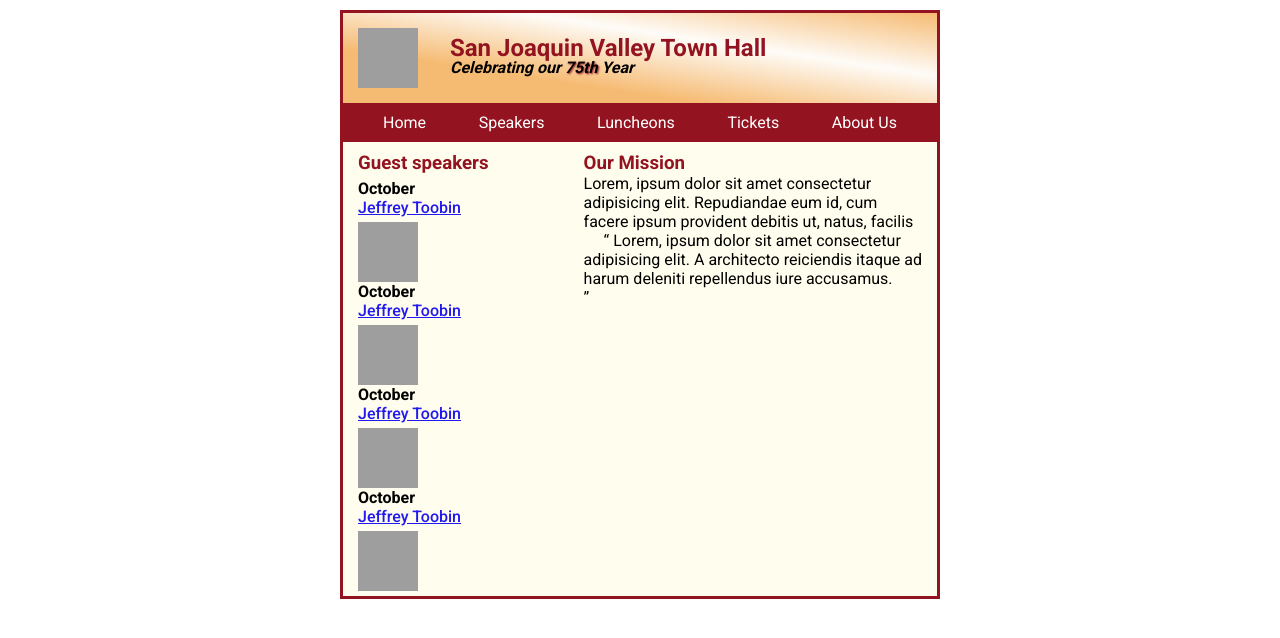
Repository: Mannj-nef/ex-5-6-7-8_IvVettech
Page: index.html
The author's editor kept a copy of each file at every save. The page is drawn from the files as they stood at one save, then again after the next save.
The browser window is 1280 px wide. The pictures show the whole page.
Pictures or frames that could not be fetched are drawn as grey boxes.

Above is the page before, as saved 2022-03-24 21:59:12.

### index.html
<!DOCTYPE html>
<html lang="en">
  <head>
    <meta charset="UTF-8" />
    <meta http-equiv="X-UA-Compatible" content="IE=edge" />
    <meta name="viewport" content="width=device-width, initial-scale=1.0" />
    <link rel="stylesheet" href="./Asset/style.css" />
    <link rel="preconnect" href="https://fonts.googleapis.com" />
    <link rel="preconnect" href="https://fonts.gstatic.com" crossorigin />
    <link
      href="https://fonts.googleapis.com/css2?family=Roboto:wght@300;400;500;700&display=swap"
      rel="stylesheet"
    />
    <title>Exercise5-6</title>
    <link
      rel="shortcut icon"
      href="https://iviettech.vn/wp-content/themes/viettech/img/front/favicon.ico"
      type="image/x-icon"
    />
  </head>
  <body>
    <div id="app">
      <header id="header">
        <div class="header-top">
          <div class="header-image__wrapper">
            <img
              src="https://source.unsplash.com/random"
              alt=""
              class="header-image"
            />
          </div>
          <div class="header-main">
            <h2 class="header-main__title">San Joaquin Valley Town Hall</h2>
            <p class="header-main__decs">
              Celebrating our
              <span class="header-main__decs-b"
                >75 <span class="header-main__decs-c">th</span>
              </span>
              Year
            </p>
          </div>
        </div>
        <div class="header-nav">
          <ul class="header-nav__list">
            <li class="header-nav__item">
              <a href="" class="header-nav__link">Home</a>
            </li>
            <li class="header-nav__item">
              <a href="" class="header-nav__link">Speakers</a>
            </li>
            <li class="header-nav__item">
              <a href="" class="header-nav__link">Luncheons</a>
            </li>
            <li class="header-nav__item">
              <a href="" class="header-nav__link">Tickets</a>
            </li>
            <li class="header-nav__item">
              <a href="" class="header-nav__link">About Us</a>
            </li>
          </ul>
        </div>
      </header>
      <section id="content">
        <div class="content-left">
          <h3 class="content-title">Guest speakers</h3>

          <div class="content-left__member">
            <p class="content-left__member-month">October</p>
            <a href="" class="content-left__member-link">Jeffrey Toobin</a>
            <div class="content-left__member-avata-wrapper">
              <img
                src="https://source.unsplash.com/random"
                alt=""
                class="content-left__member-avata"
              />
            </div>
          </div>
          <div class="content-left__member">
            <p class="content-left__member-month">October</p>
            <a href="" class="content-left__member-link">Jeffrey Toobin</a>
            <div class="content-left__member-avata-wrapper">
              <img
                src="https://source.unsplash.com/random"
                alt=""
                class="content-left__member-avata"
              />
            </div>
          </div>
          <div class="content-left__member">
            <p class="content-left__member-month">October</p>
            <a href="" class="content-left__member-link">Jeffrey Toobin</a>
            <div class="content-left__member-avata-wrapper">
              <img
                src="https://source.unsplash.com/random"
                alt=""
                class="content-left__member-avata"
              />
            </div>
          </div>
          <div class="content-left__member">
            <p class="content-left__member-month">October</p>
            <a href="" class="content-left__member-link">Jeffrey Toobin</a>
            <div class="content-left__member-avata-wrapper">
              <img
                src="https://source.unsplash.com/random"
                alt=""
                class="content-left__member-avata"
              />
            </div>
          </div>
        </div>
        <div class="constent-right">
          <h3 class="content-title">Our Mission</h3>
          <p class="constent-right__desc">
            Lorem, ipsum dolor sit amet consectetur adipisicing elit.
            Repudiandae eum id, cum facere ipsum provident debitis ut, natus,
            facilis
          </p>
          <q class="constent-right__desc-sub">
            Lorem, ipsum dolor sit amet consectetur adipisicing elit. A
            architecto reiciendis itaque ad harum deleniti repellendus iure
            accusamus.
          </q>
        </div>
      </section>
    </div>
  </body>
</html>

### Asset/style.css
* {
  margin: 0;
  padding: 0;
  box-sizing: border-box;
}
html {
  font-family: "Roboto", sans-serif;
}
:root {
  --prymary-color: #931420;
  --white-color: #fff;
  --yellow-color: #ebc700;
  --blue-color: #2119ee;
  --size: 60px;
}

#app {
  margin: 10px auto;
  width: 600px;
  border: 3px solid var(--prymary-color);
}

#header {
}
.header-top {
  padding: 15px;
  display: flex;
  align-items: center;
  background-image: linear-gradient(
    to right top,
    #f6bb73 30%,
    #fefcf8,
    #f6bb73
  );
}
.header-image__wrapper {
  width: var(--size);
  height: var(--size);
  margin-right: 2em;
}
.header-image {
  width: 100%;
  height: 100%;
}
.header-main {
  line-height: 20px;
}
.header-main__title {
  color: var(--prymary-color);
}
.header-main__decs {
  color: #000;
  font-weight: 600;
  font-style: italic;
}
.header-main__decs-b {
  display: inline-flex;
  text-shadow: 1px 1px 2px var(--prymary-color);
}
.header-nav {
  background-color: var(--prymary-color);
}
.header-nav__list {
  list-style: none;
  display: flex;
  justify-content: space-between;
  padding: 0 20px;
}
.header-nav__item {
  padding: 10px 20px;
}
.header-nav__link {
  font-weight: 400;
  text-decoration: none;
  color: var(--white-color);
}
.header-nav__item:hover .header-nav__link {
  color: var(--yellow-color);
}

#content {
  background-color: #fffded;
  padding: 10px 15px;
  display: flex;
}

.content-left {
  width: 40%;
}
.content-title {
  color: var(--prymary-color);
}
.content-left__member {
}
.content-left__member-month {
  margin-top: 5px;
  font-weight: 600;
}
.content-left__member-link {
  font-weight: 500;
  color: var(--blue-color);
}
.content-left__member-avata-wrapper {
  width: var(--size);
  height: var(--size);
}
.content-left__member-avata {
  margin-top: 5px;
  width: 100%;
  height: 100%;
}
.constent-right {
  width: 60%;
}
.constent-right__desc-sub {
  padding: 5px 20px;
}

After the next save:
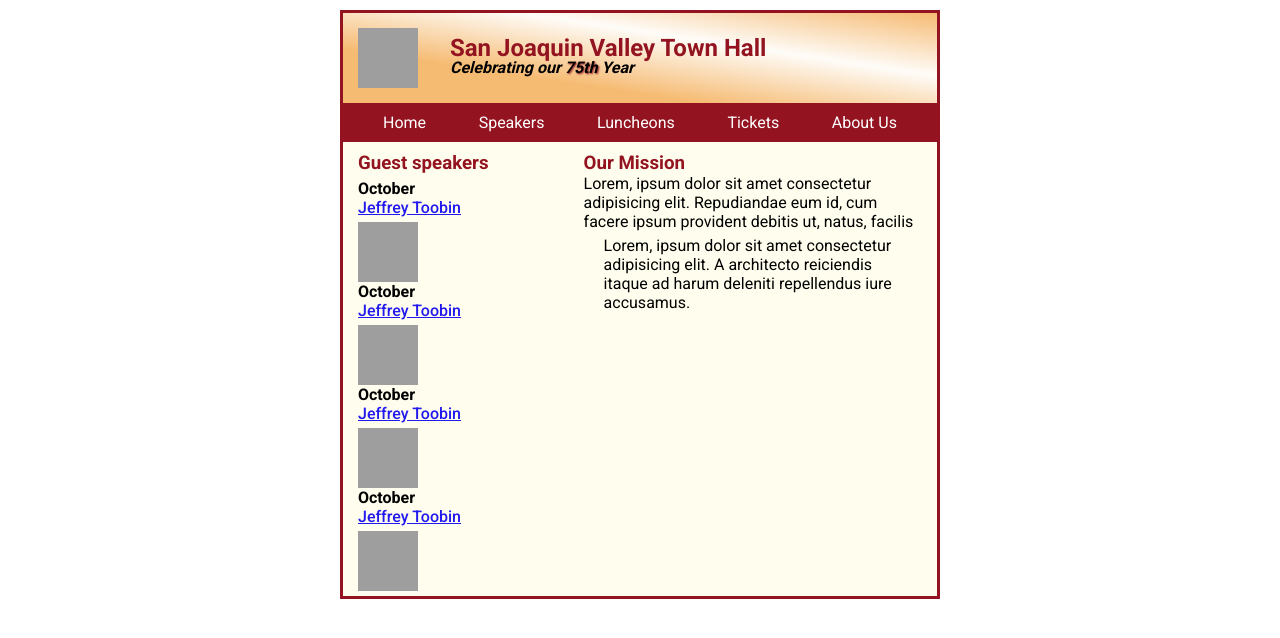
Saved 26 s later.
--- a/index.html
+++ b/index.html
@@ -116,11 +116,11 @@
             Repudiandae eum id, cum facere ipsum provident debitis ut, natus,
             facilis
           </p>
-          <q class="constent-right__desc-sub">
+          <p class="constent-right__desc-sub">
             Lorem, ipsum dolor sit amet consectetur adipisicing elit. A
             architecto reiciendis itaque ad harum deleniti repellendus iure
             accusamus.
-          </q>
+          </p>
         </div>
       </section>
     </div>
